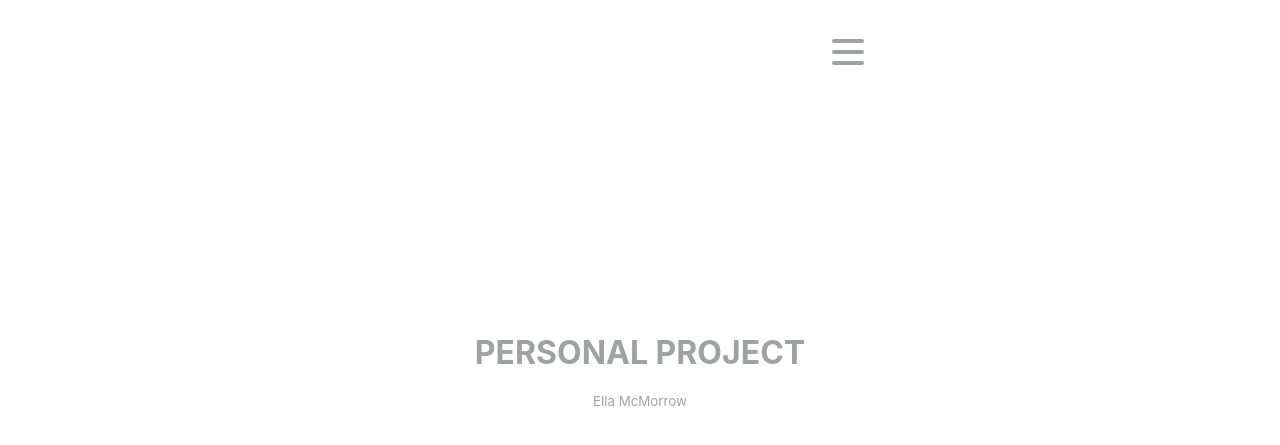
Repository: ellamcmorrow/react2020
Page: /
These files come from the project's save history. The page is drawn as it stood at one moment and after the next save; the edit follows.
The browser window is 1280 px wide. The pictures show the whole page.
The project was rebuilt for these pictures with package versions that can differ from the ones it lists, and the page was loaded fresh each time.

Above is the page before, as saved 2020-03-28 10:29:58.

After the next save:
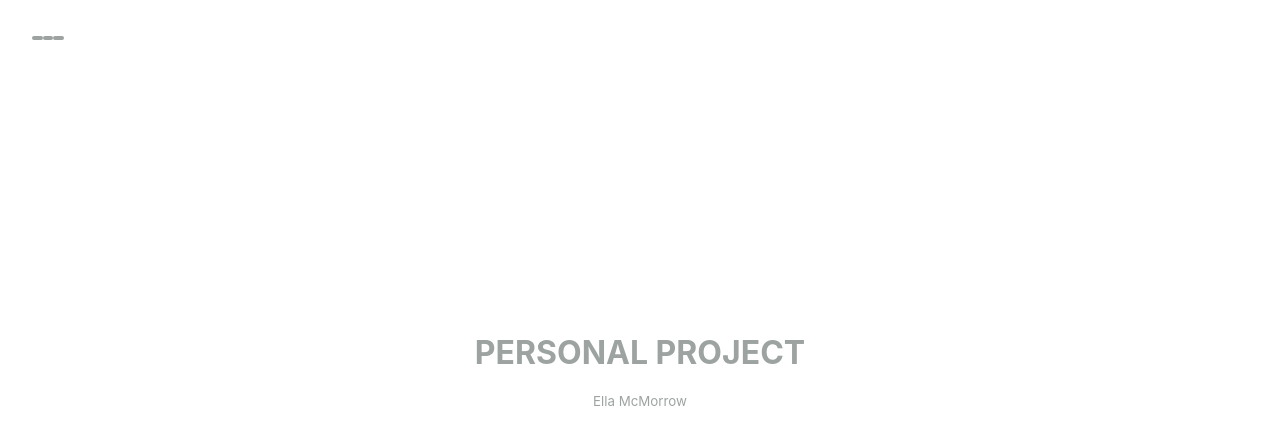
Saved 8 min 7 s later.
--- a/src/components/burger/Burger.styled.js
+++ b/src/components/burger/Burger.styled.js
@@ -6,15 +6,14 @@ export const StyledBurger = styled.button`
   top: 5%;
   left: 2rem;
   display: flex;
-  flex-direction: column;
-  justify-content: space-around;
+  flex-direction: row;
+  justify-content: flex-end;
   width: 2rem;
   height: 2rem;
   background: transparent;
   border: none;
   cursor: pointer;
   padding: 0;
-  padding-left: 800px;
   z-index: 10;
 
   &:focus {
